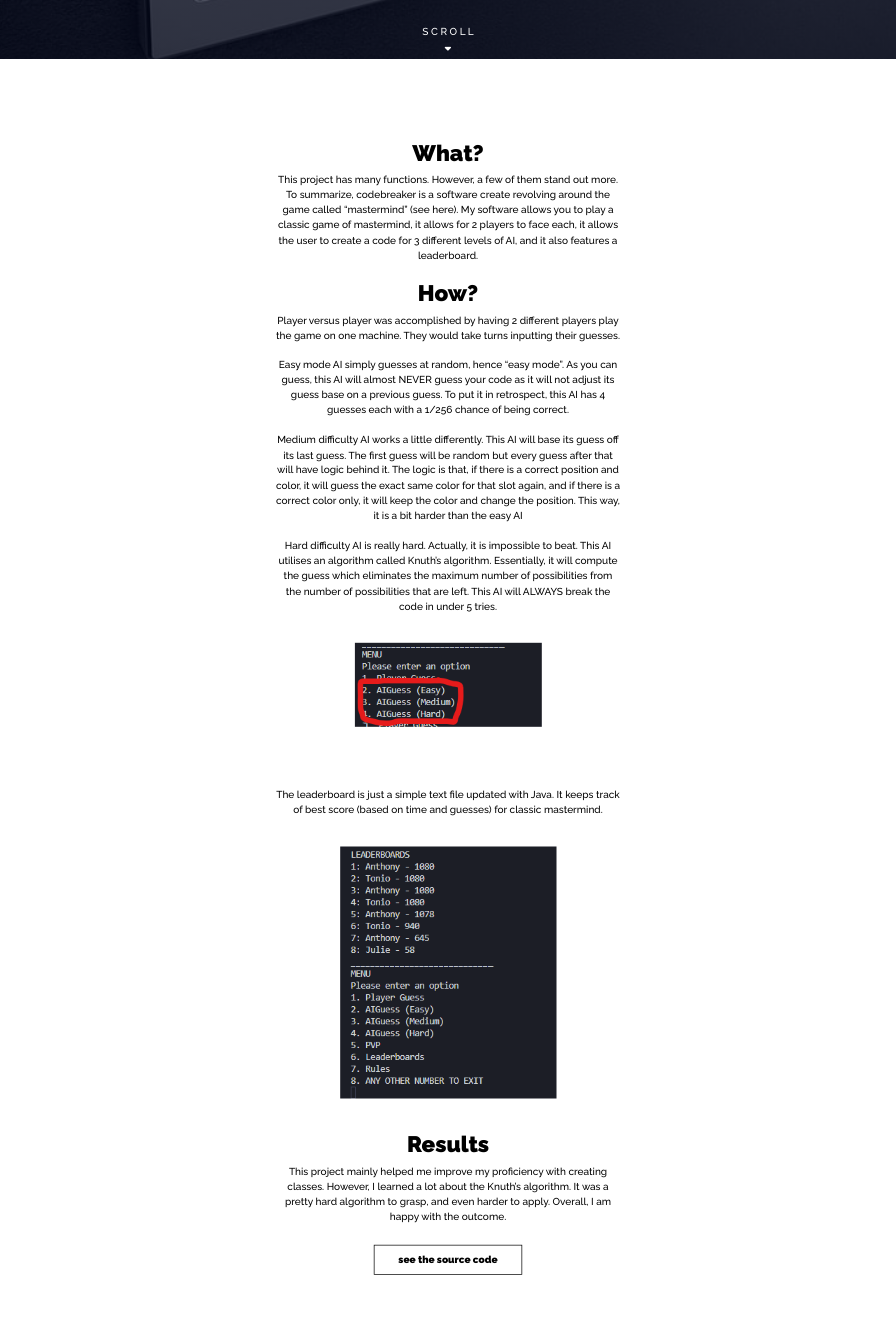
Repository: 7UM1N/anthonyq.github.io
Page: codebreaker.html
The author's editor kept a copy of each file at every save. The page is drawn from the files as they stood at one save, then again after the next save.
The browser window is 1280 px wide. The pictures show the part of the page from y = 636 to 2556 px (the page is 2761 px tall before and 2740 px after), at 70% of full size.

Above is the page before, as saved 2023-01-10 23:59:52.

After the next save:
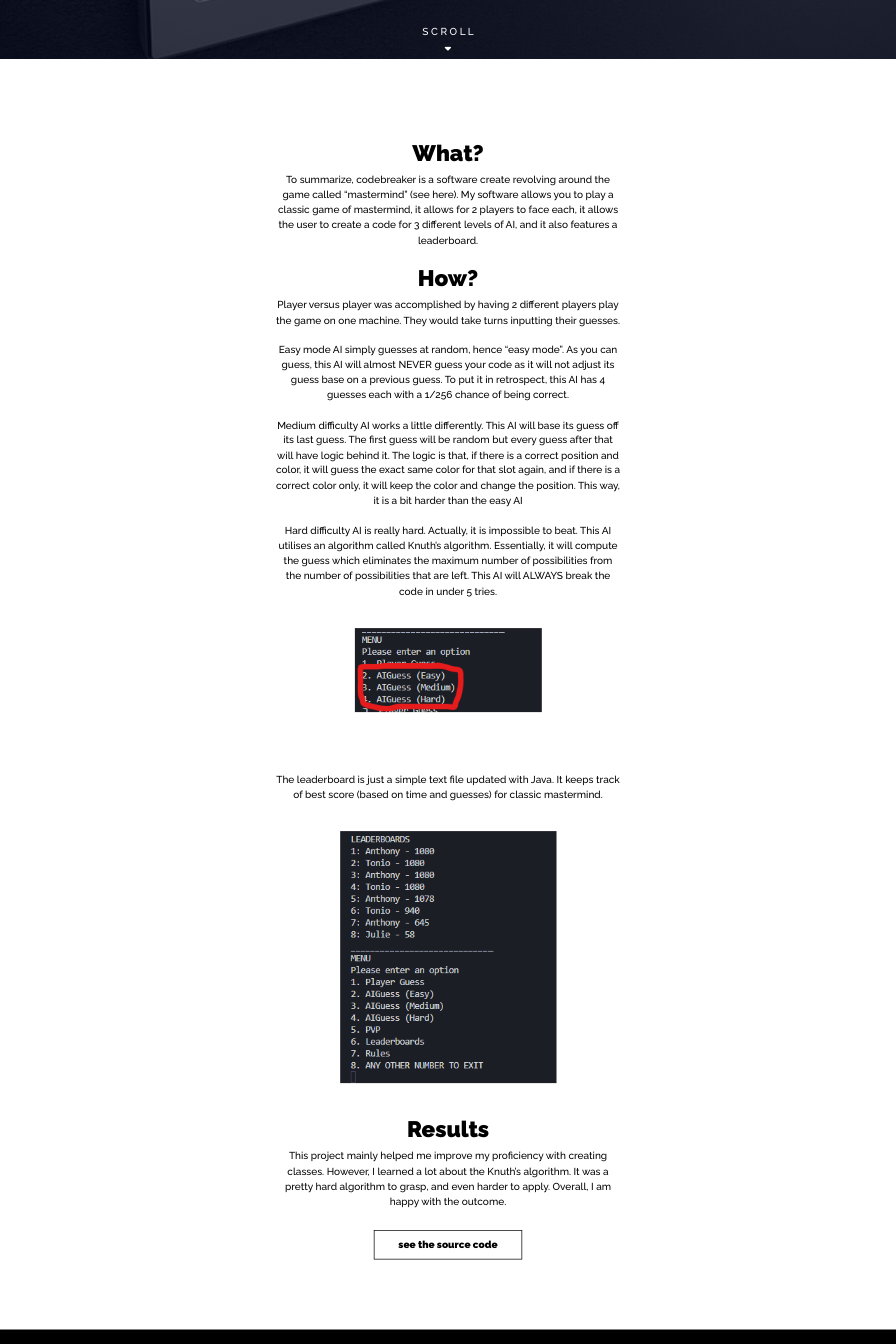
Saved 3 min 2 s later.
--- a/codebreaker.html
+++ b/codebreaker.html
@@ -44,7 +44,7 @@
         <section class="portfolio-item-section">
             <h2>What?</h2>
             <p>
-                This project has many functions. However, a few of them stand out more. To summarize, codebreaker is a software create revolving around the game called “mastermind” (see here). My software allows you to play a classic game of mastermind, it allows for 2 players to face each, it allows the user to create a code for 3 different levels of AI, and it also features a leaderboard.
+                To summarize, codebreaker is a software create revolving around the game called “mastermind” (see here). My software allows you to play a classic game of mastermind, it allows for 2 players to face each, it allows the user to create a code for 3 different levels of AI, and it also features a leaderboard.
             </p>
             <h2>How?</h2>
             <p>
